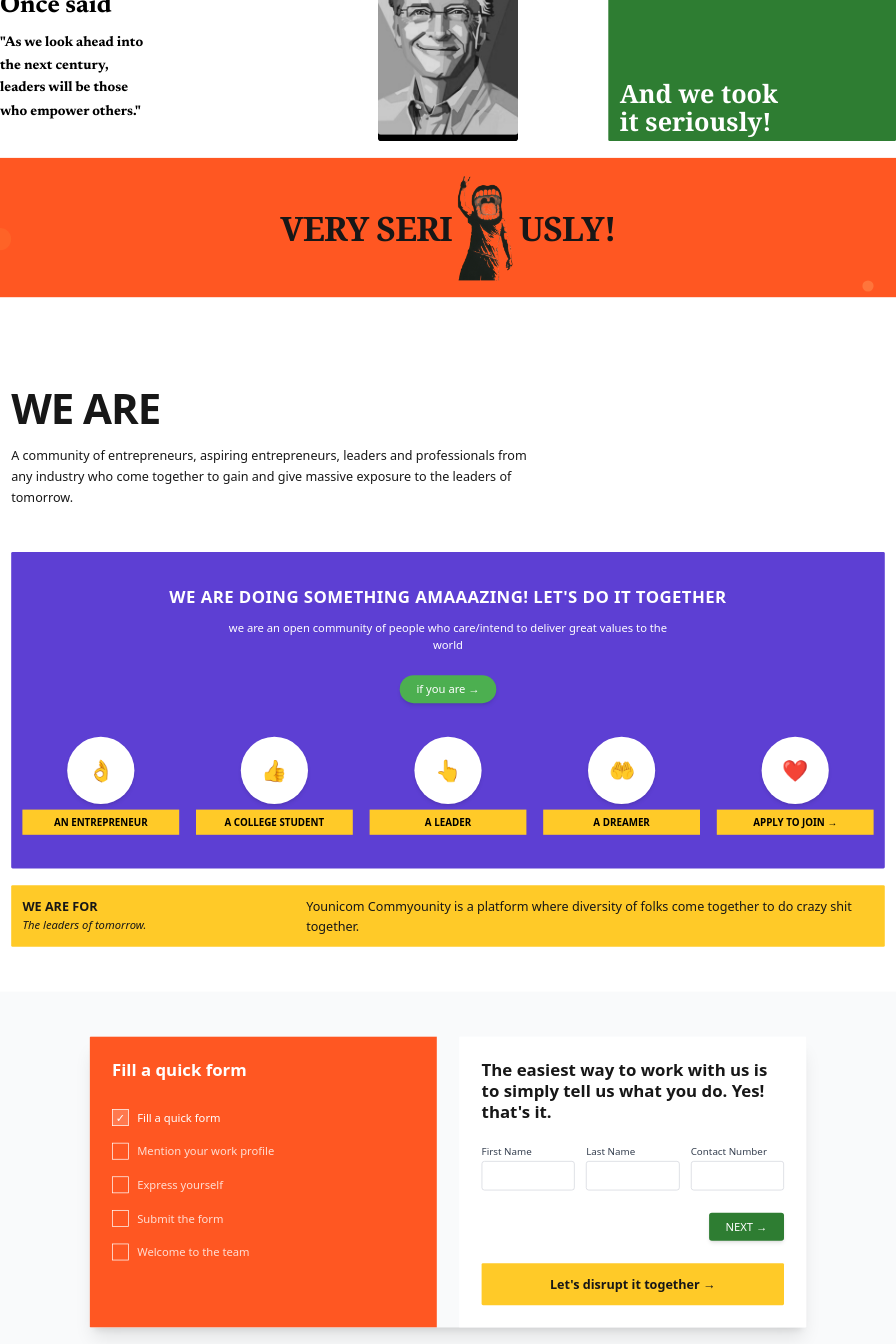
Repository: as-avni/dreamersite
Page: /
An editor plug-in stored every save of this project. The page is shown before and after a run of saves, followed by the edit.
The browser window is 1280 px wide. The pictures show the part of the page from y = 662 to 2582 px (the page is 2623 px tall before and 2661 px after), at 70% of full size.
Some web fonts or font styles are not loaded; a fallback is used. The project was rebuilt for these pictures with package versions that can differ from the ones it lists, and the page was loaded fresh each time. Some packages were replaced by stand-ins written for this rebuild. The framework's server and built-in components were replaced by stand-ins that run in the browser. Also part of the build but not shown: next.config.ts.

Above is the page before, as saved 2025-03-21 04:50:39.

### src/app/page.tsx
import Hero from "@/components/hero"
import MovingBanner from "@/components/banner"
import BillGatesSection from "@/components/bill-gates"
import AmazingSection from "@/components/amazing"
import QuickFormSection from "@/components/form"

export default function Home() {
  return (
    <main className="min-h-screen bg-white font-sans antialiased">
      <Hero />
      <MovingBanner />
      <BillGatesSection />
      <AmazingSection />
      <QuickFormSection />
    </main>
  )
}

### src/app/globals.css
@import url('https://fonts.googleapis.com/css2?family=Anek+Devanagari:wght@100..800&family=Khand:wght@300;400;500;600;700&family=Newsreader:ital,opsz,wght@0,6..72,200..800;1,6..72,200..800&family=Noto+Sans:ital,wght@0,100..900;1,100..900&family=Poppins:ital,wght@0,100;0,200;0,300;0,400;0,500;0,600;0,700;0,800;0,900;1,100;1,200;1,300;1,400;1,500;1,600;1,700;1,800;1,900&family=Rampart+One&display=swap');

@tailwind base;
@tailwind components;
@tailwind utilities;

:root {
  --background: #ffffff;
  --foreground: #171717;
}

@media (prefers-color-scheme: dark) {
  :root {
    --background: #0a0a0a;
    --foreground: #ededed;
  }
}

html,
body {
  max-width: 100vw;
  overflow-x: hidden;
}

body {
  color: var(--foreground);
  background: var(--background);
  font-family: Arial, Helvetica, sans-serif;
  -webkit-font-smoothing: antialiased;
  -moz-osx-font-smoothing: grayscale;
}

* {
  box-sizing: border-box;
  padding: 0;
  margin: 0;
}

a {
  color: inherit;
  text-decoration: none;
}

@media (prefers-color-scheme: dark) {
  html {
    color-scheme: dark;
  }
}

### src/components/hero.tsx
"use client"

import { motion } from "framer-motion"

export default function Hero() {
  return (
    <section className="relative flex flex-col items-center justify-center py-20 px-4 text-white text-center overflow-hidden bg-[url('/images/grid-bg.png')] bg-stretch">

      {/* Rotating Star Image */}
      <motion.img
        src="/images/Star.png"
        alt="Star"
        className="absolute w-20 h-20"
        style={{ top: "10%", left: "10%" }}
        // animate={{ rotate: 360 }}
        // transition={{ repeat: Infinity, duration: 10, ease: "linear" }}
      />

      {/* Static Image in a Div */}
      <div
        className="absolute w-60 h-60 bg-cover bg-center"
        style={{ top: "20%", right: "10%", backgroundImage: "url('/images/image.png')" }}
      ></div>

      <div className="relative max-w-3xl mx-auto w-full">
        <motion.h1
          className="text-5xl md:text-6xl lg:text-7xl font-newsreader font-bold mb-4 tracking-tight"
          initial={{ opacity: 0, y: 20 }}
          animate={{ opacity: 1, y: 0 }}
          transition={{ duration: 0.8 }}
        >
          A Comm<span className="text-[#1F8D42] [text-shadow:-1px_-1px_0_white,1px_-1px_0_white,-1px_1px_0_white,1px_1px_0_white]">you</span>nity of <br />
          <span className="font-rampartone text-[#FF8C5A]">Dreamers</span>
        </motion.h1>

        <motion.p
          className="text-3xl mb-8 font-bold font-newsreader"
          initial={{ opacity: 0, y: 20 }}
          animate={{ opacity: 1, y: 0 }}
          transition={{ duration: 0.8, delay: 0.2 }}
        >
          who come together to create a dent.
        </motion.p>

        <motion.div
          className="inline-flex items-center bg-white rounded-full px-2 py-1 text-black font-medium transition-all hover:bg-gray-50 shadow-[4px_4px_0px_black]"
          initial={{ opacity: 0, y: 20 }}
          animate={{ opacity: 1, y: 0 }}
          transition={{ duration: 0.8, delay: 0.4 }}
          whileHover={{ scale: 1.03 }}
        >
          <button className="bg-white text-black rounded-full px-6 py-4 font-medium transition-all hover:bg-gray-50">
            Apply to join the community
          </button>
          <span className="text-black bg-[#FFD54F] p-2 rounded-full font-medium ml-2 mr-2">2 mins</span>
        </motion.div>
      </div>
    </section>
  )
}

### src/components/banner.tsx
"use client"

import { useRef } from "react"

export default function MovingBanner() {
  const bannerItems = [
    "✦ Thriving community",
    "✦ Great Exposure",
    "✦ Amazing Networks",
    "✦ Create Values",
  ]

  return (
    <div className="bg-[#1B24FF] text-white py-3 overflow-hidden relative">
      <div className="flex whitespace-nowrap mx-auto w-max animate-scrollBanner">
        {/* Duplicate the items to ensure seamless looping */}
        {[...bannerItems,...bannerItems,...bannerItems].map((item, index) => (
          <span key={index} className="mx-4 text-3xl font-medium">
            {item}
          </span>
        ))}
      </div>

      {/* CSS Animation */}
      <style jsx>{`
        @keyframes scrollBanner {
          from {
            transform: translateX(0);
          }
          to {
            transform: translateX(-50%);
          }
        }

        .animate-scrollBanner {
          animation: scrollBanner 20s linear infinite;
        }
      `}</style>
    </div>
  )
}

### src/components/bill-gates.tsx
"use client"

import Image from "next/image"
import { motion } from "framer-motion"

export default function BillGatesSection() {
return (
    <section className=" py-16 px-4 md:px-0 lg:px-0 max-w-7xl mx-auto w-full">
        <div className="grid grid-cols-1 md:grid-cols-3 w-full gap-6 items-center">
            {/* Quote Text Section */}
            <motion.div
                className="col-span-1 flex flex-col justify-center w-[54%]"
                initial={{ opacity: 0, x: -20 }}
                whileInView={{ opacity: 1, x: 0 }}
                transition={{ duration: 0.6 }}
                viewport={{ once: true }}
            >
                <h2 className="px-0 text-4xl font-bold mb-4 text-black font-newsreader">Bill Gates Once said</h2>
                <p className="text-xl leading-relaxed font-bold text-black font-newsreader">
                &quot;As we look ahead into the next century, leaders will be those who empower others.&quot;
                </p>
            </motion.div>

            {/* Bill Gates Image */}
            <motion.div
                className="col-span-1 flex justify-center items-center"
                initial={{ opacity: 0, y: 20 }}
                whileInView={{ opacity: 1, y: 0 }}
                transition={{ duration: 0.6, delay: 0.2 }}
                viewport={{ once: true }}
            >
                <div className="relative w-[200px] h-[280px] bg-black rounded overflow-hidden">
                    <Image
                        src="/images/bill.jpg"
                        width={200}
                        height={200}
                        alt="Bill Gates"
                        className="rounded object-cover"
                    />
                </div>
            </motion.div>

            {/* Green Box Section */}
            <motion.div
                className="h-[280px] col-span-1 bg-[#2E7D32] flex flex-col p-6 text-white rounded-sm relative"
                initial={{ opacity: 0, x: 20 }}
                whileInView={{ opacity: 1, x: 0 }}
                transition={{ duration: 0.6, delay: 0.4 }}
                viewport={{ once: true }}>
                <p className="absolute bottom-12 left-4 text-4xl font-serif font-bold">
                    And we took
                </p>
                <p className="absolute bottom-2 left-4 text-4xl font-bold font-serif">
                    it seriously!
                </p>
            </motion.div>

        </div>

        {/* Orange Section */}
        <motion.div
            className="mt-6 bg-[#FF5722] py-6 px-4 flex items-center justify-center relative overflow-hidden"
            initial={{ opacity: 0, y: 20 }}
            whileInView={{ opacity: 1, y: 0 }}
            transition={{ duration: 0.6, delay: 0.6 }}
            viewport={{ once: true }}
        >
            <div className="flex items-center justify-center space-x-2">
                <h2 className="text-4xl md:text-5xl font-black tracking-tight font-serif">VERY SERI</h2>
                <Image
                    src="/images/seriously.png"
                    width={80}
                    height={80}
                    alt="Serious Photo"
                    className="object-contain"
                />
                <h2 className="text-4xl md:text-5xl font-black tracking-tight font-serif">USLY!</h2>
            </div>

            {/* Decorative elements */}
            <div className="absolute -left-4 top-1/2 w-8 h-8 bg-orange-400 rounded-full opacity-20"></div>
            <div className="absolute right-8 bottom-2 w-4 h-4 bg-orange-300 rounded-full opacity-30"></div>
        </motion.div>
    </section>
)
}

### src/components/amazing.tsx
"use client"

import { motion } from "framer-motion"

export default function AmazingSection() {
  const containerVariants = {
    hidden: { opacity: 0 },
    visible: {
      opacity: 1,
      transition: {
        staggerChildren: 0.1,
      },
    },
  }

  const itemVariants = {
    hidden: { opacity: 0, y: 20 },
    visible: { opacity: 1, y: 0 },
  }

  return (
    <section className="py-16">
      <div className="container mx-auto px-4">
        <motion.div
          className="mb-16"
          initial={{ opacity: 0, y: 20 }}
          whileInView={{ opacity: 1, y: 0 }}
          transition={{ duration: 0.6 }}
          viewport={{ once: true }}
        >
          <h2 className="text-6xl font-bold mb-6 tracking-tight">WE ARE</h2>
          <p className="text-lg max-w-3xl leading-relaxed">
            A community of entrepreneurs, aspiring entrepreneurs, leaders and professionals from any industry who come
            together to gain and give massive exposure to the leaders of tomorrow.
          </p>
        </motion.div>

        <div className="bg-[#5D3FD3] text-white py-12 px-4 text-center rounded-sm">
          <motion.h2
            className="text-2xl font-bold mb-4 uppercase tracking-wide"
            initial={{ opacity: 0, y: 20 }}
            whileInView={{ opacity: 1, y: 0 }}
            transition={{ duration: 0.6 }}
            viewport={{ once: true }}
          >
            We are doing something amaaazing! Let's do it together
          </motion.h2>

          <motion.p
            className="mb-8 max-w-2xl mx-auto"
            initial={{ opacity: 0, y: 20 }}
            whileInView={{ opacity: 1, y: 0 }}
            transition={{ duration: 0.6, delay: 0.2 }}
            viewport={{ once: true }}
          >
            we are an open community of people who care/intend to deliver great values to the world
          </motion.p>

          <motion.button
            className="bg-[#4CAF50] text-white px-6 py-2 rounded-full mb-12 shadow-md hover:bg-[#3d9c40] transition-all"
            initial={{ opacity: 0, y: 20 }}
            whileInView={{ opacity: 1, y: 0 }}
            transition={{ duration: 0.6, delay: 0.4 }}
            viewport={{ once: true }}
            whileHover={{ scale: 1.05 }}
            whileTap={{ scale: 0.95 }}
          >
            if you are →
          </motion.button>

          <motion.div
            className="grid grid-cols-1 md:grid-cols-5 gap-6"
            variants={containerVariants}
            initial="hidden"
            whileInView="visible"
            viewport={{ once: true }}
          >
            <CategoryCard icon="👌" title="AN ENTREPRENEUR" />
            <CategoryCard icon="👍" title="A COLLEGE STUDENT" />
            <CategoryCard icon="👆" title="A LEADER" />
            <CategoryCard icon="🤲" title="A DREAMER" />

            <motion.div className="flex flex-col items-center" variants={itemVariants}>
              <div className="w-24 h-24 rounded-full bg-white mb-2 flex items-center justify-center shadow-md">
                <span className="text-3xl">❤️</span>
              </div>
              <div className="bg-[#FFCA28] py-2 px-4 text-center w-full text-black font-medium hover:bg-[#FFB300] transition-colors cursor-pointer">
                <p className="font-bold text-sm">APPLY TO JOIN →</p>
              </div>
            </motion.div>
          </motion.div>
        </div>

        <motion.div
          className="mt-6 bg-[#FFCA28] p-4 rounded-sm"
          initial={{ opacity: 0, y: 20 }}
          whileInView={{ opacity: 1, y: 0 }}
          transition={{ duration: 0.6, delay: 0.8 }}
          viewport={{ once: true }}
        >
          <div className="flex flex-col md:flex-row">
            <div className="md:w-1/3 mb-4 md:mb-0">
              <h3 className="font-bold text-lg">WE ARE FOR</h3>
              <p className="italic font-medium">The leaders of tomorrow.</p>
            </div>
            <div className="md:w-2/3">
              <p className="text-lg">
                Younicom Commyounity is a platform where diversity of folks come together to do crazy shit together.
              </p>
            </div>
          </div>
        </motion.div>
      </div>
    </section>
  )
}

function CategoryCard({ icon, title }: { icon: string; title: string }) {
  const itemVariants = {
    hidden: { opacity: 0, y: 20 },
    visible: { opacity: 1, y: 0 },
  }

  return (
    <motion.div className="flex flex-col items-center" variants={itemVariants}>
      <motion.div
        className="w-24 h-24 rounded-full bg-white mb-2 flex items-center justify-center shadow-md"
        whileHover={{ scale: 1.05, boxShadow: "0 10px 25px -5px rgba(0, 0, 0, 0.1)" }}
      >
        <span className="text-3xl">{icon}</span>
      </motion.div>
      <div className="bg-[#FFCA28] py-2 px-4 text-center w-full text-black font-medium">
        <p className="font-bold text-sm">{title}</p>
      </div>
    </motion.div>
  )
}

### src/components/form.tsx
"use client"

import type React from "react"

import { useState } from "react"
import Link from "next/link"
import { motion } from "framer-motion"

export default function QuickFormSection() {
  const [formData, setFormData] = useState({
    firstName: "",
    lastName: "",
    contactNumber: "",
  })

  const [formStep, setFormStep] = useState(0)

  const handleChange = (e: React.ChangeEvent<HTMLInputElement>) => {
    const { name, value } = e.target
    setFormData((prev) => ({ ...prev, [name]: value }))
  }

  const handleSubmit = (e: React.FormEvent) => {
    e.preventDefault()
    setFormStep(1)
    console.log("Form submitted:", formData)
    // Handle form submission logic here
  }

  const containerVariants = {
    hidden: { opacity: 0 },
    visible: {
      opacity: 1,
      transition: {
        staggerChildren: 0.1,
      },
    },
  }

  const itemVariants = {
    hidden: { opacity: 0, y: 10 },
    visible: { opacity: 1, y: 0 },
  }

  return (
    <section className="py-16 px-4 bg-gray-50">
      <div className="container mx-auto max-w-5xl">
        <div className="grid grid-cols-1 md:grid-cols-2 gap-8 shadow-xl rounded-sm overflow-hidden">
          <motion.div
            className="bg-[#FF5722] text-white p-8"
            initial={{ opacity: 0, x: -20 }}
            whileInView={{ opacity: 1, x: 0 }}
            transition={{ duration: 0.6 }}
            viewport={{ once: true }}
          >
            <h2 className="text-2xl font-bold mb-10">Fill a quick form</h2>

            <motion.div
              className="space-y-6"
              variants={containerVariants}
              initial="hidden"
              whileInView="visible"
              viewport={{ once: true }}
            >
              <CheckItem text="Fill a quick form" active={true} />
              <CheckItem text="Mention your work profile" active={formStep >= 1} />
              <CheckItem text="Express yourself" active={formStep >= 1} />
              <CheckItem text="Submit the form" active={formStep >= 1} />
              <CheckItem text="Welcome to the team" active={formStep >= 1} />
            </motion.div>
          </motion.div>

          <motion.div
            className="bg-white p-8"
            initial={{ opacity: 0, x: 20 }}
            whileInView={{ opacity: 1, x: 0 }}
            transition={{ duration: 0.6 }}
            viewport={{ once: true }}
          >
            <h2 className="text-2xl font-bold mb-6 leading-tight">
              The easiest way to work with us is to simply tell us what you do. Yes! that's it.
            </h2>

            {formStep === 0 ? (
              <form onSubmit={handleSubmit} className="mt-8">
                <div className="grid grid-cols-1 md:grid-cols-3 gap-4 mb-4">
                  <div>
                    <label htmlFor="firstName" className="block text-sm font-medium text-gray-700 mb-1">
                      First Name
                    </label>
                    <input
                      type="text"
                      id="firstName"
                      name="firstName"
                      value={formData.firstName}
                      onChange={handleChange}
                      className="w-full p-2 border border-gray-300 rounded focus:ring-2 focus:ring-[#2E7D32] focus:border-transparent outline-none transition-all"
                      required
                    />
                  </div>

                  <div>
                    <label htmlFor="lastName" className="block text-sm font-medium text-gray-700 mb-1">
                      Last Name
                    </label>
                    <input
                      type="text"
                      id="lastName"
                      name="lastName"
                      value={formData.lastName}
                      onChange={handleChange}
                      className="w-full p-2 border border-gray-300 rounded focus:ring-2 focus:ring-[#2E7D32] focus:border-transparent outline-none transition-all"
                      required
                    />
                  </div>

                  <div>
                    <label htmlFor="contactNumber" className="block text-sm font-medium text-gray-700 mb-1">
                      Contact Number
                    </label>
                    <input
                      type="tel"
                      id="contactNumber"
                      name="contactNumber"
                      value={formData.contactNumber}
                      onChange={handleChange}
                      className="w-full p-2 border border-gray-300 rounded focus:ring-2 focus:ring-[#2E7D32] focus:border-transparent outline-none transition-all"
                      required
                    />
                  </div>
                </div>

                <div className="flex justify-end mt-8">
                  <motion.button
                    type="submit"
                    className="bg-[#2E7D32] text-white px-6 py-2 rounded shadow-md"
                    whileHover={{ scale: 1.05, backgroundColor: "#1B5E20" }}
                    whileTap={{ scale: 0.95 }}
                  >
                    NEXT →
                  </motion.button>
                </div>
              </form>
            ) : (
              <motion.div
                className="mt-8 text-center py-8"
                initial={{ opacity: 0 }}
                animate={{ opacity: 1 }}
                transition={{ duration: 0.6 }}
              >
                <h3 className="text-xl font-bold mb-4 text-[#2E7D32]">Thank you for your submission!</h3>
                <p className="mb-6">We'll be in touch with you shortly.</p>
                <button onClick={() => setFormStep(0)} className="text-[#2E7D32] underline">
                  Submit another response
                </button>
              </motion.div>
            )}

            <motion.div
              className="mt-8 bg-[#FFCA28] p-4 text-center rounded-sm"
              initial={{ opacity: 0, y: 20 }}
              whileInView={{ opacity: 1, y: 0 }}
              transition={{ duration: 0.6, delay: 0.4 }}
              viewport={{ once: true }}
              whileHover={{ scale: 1.02 }}
            >
              <Link href="#" className="font-bold text-lg inline-block">
                Let's disrupt it together →
              </Link>
            </motion.div>
          </motion.div>
        </div>
      </div>
    </section>
  )
}

function CheckItem({ text, active = false }: { text: string; active?: boolean }) {
  const itemVariants = {
    hidden: { opacity: 0, x: -10 },
    visible: { opacity: 1, x: 0 },
  }

  return (
    <motion.div className="flex items-center" variants={itemVariants}>
      <div
        className={`w-6 h-6 border border-white flex items-center justify-center mr-3 transition-all ${active ? "bg-white bg-opacity-20" : ""}`}
      >
        <span className="text-white">{active ? "✓" : ""}</span>
      </div>
      <p className={`font-medium transition-all ${active ? "text-white" : "text-white text-opacity-80"}`}>{text}</p>
    </motion.div>
  )
}

### tailwind.config.js
/** @type {import('tailwindcss').Config} */
module.exports = {
  content: [
    "./app/**/*.{js,ts,jsx,tsx,mdx}",
    "./pages/**/*.{js,ts,jsx,tsx,mdx}",
    "./components/**/*.{js,ts,jsx,tsx,mdx}",
    "./src/**/*.{js,ts,jsx,tsx,mdx}",
  ],
  theme: {
    extend: {
      fontFamily: {
        poppins: ['Poppins', 'sans-serif'],
        notosans: ['Noto Sans', 'sans-serif'],
        rampartone: ['Rampart One', 'cursive'],
        newsreader: ['Newsreader', 'serif'],
        pacifico: ['Pacifico', 'cursive'],
      },
    },
  },
  plugins: [],
}

Loaded but not shown: src/app/layout.tsx (common file)

After the next 4 saves:
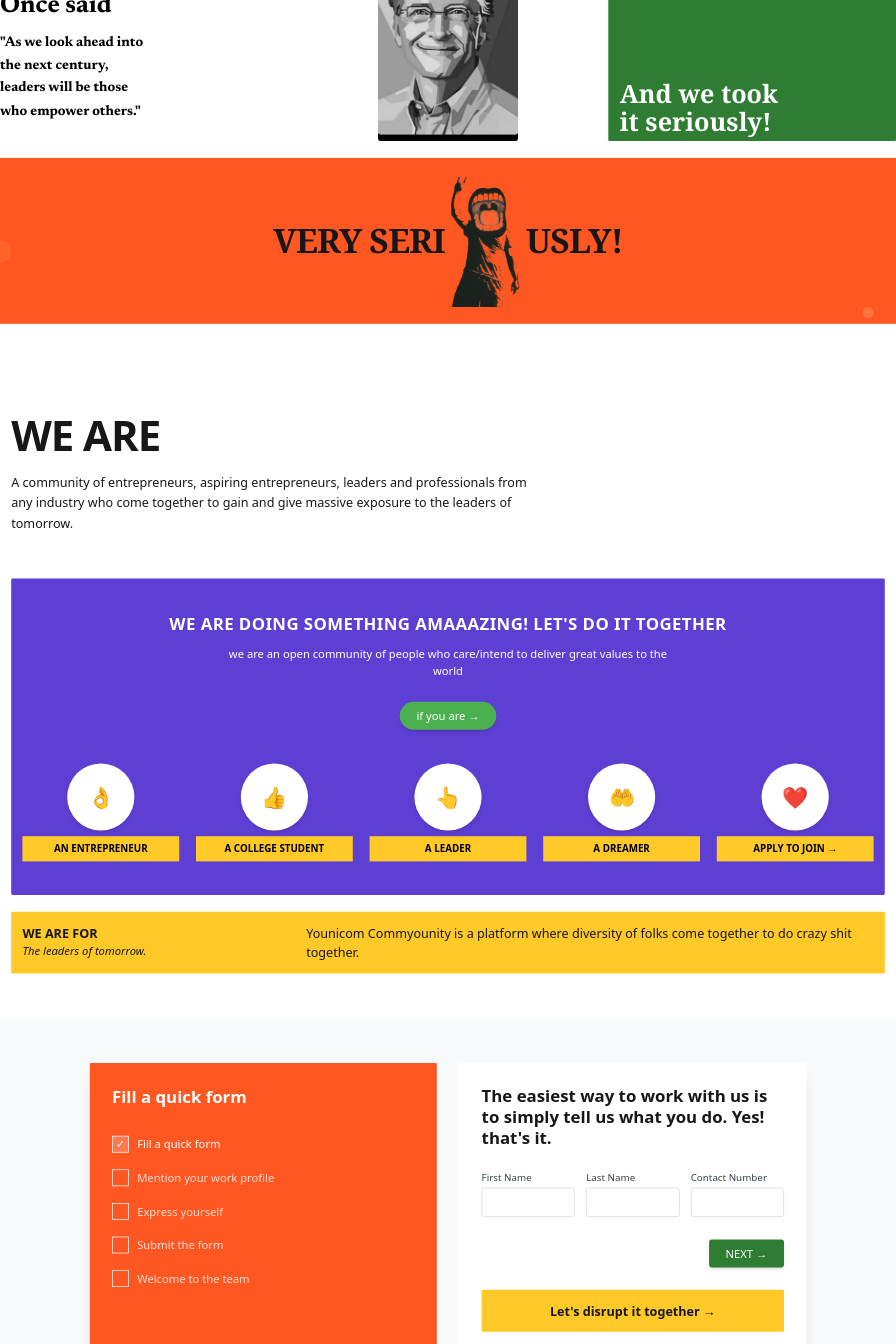
The 4 saves are shown as one change because they came seconds apart.
The last was saved 12 s later.
--- a/src/components/bill-gates.tsx
+++ b/src/components/bill-gates.tsx
@@ -69,8 +69,8 @@
                 <h2 className="text-4xl md:text-5xl font-black tracking-tight font-serif">VERY SERI</h2>
                 <Image
                     src="/images/seriously.png"
-                    width={80}
-                    height={80}
+                    width={100}
+                    height={100}
                     alt="Serious Photo"
                     className="object-contain"
                 />
